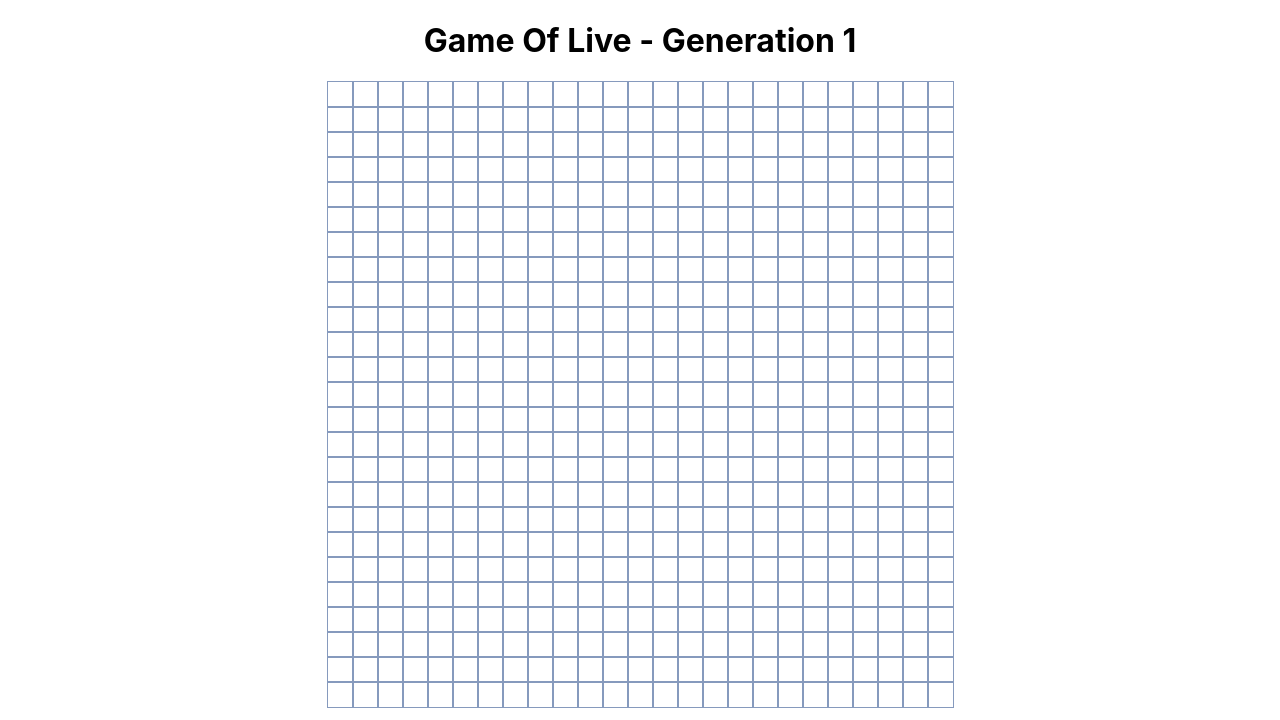
Repository: cfaguilera20/gol
Page: /
The author's editor kept a copy of each file at every save. The page is drawn from the files as they stood at one save, then again after a run of saves.
The browser window is 1280 px wide. The pictures show the whole page.
The project was rebuilt for these pictures with package versions that can differ from the ones it lists, and the page was loaded fresh each time.

Above is the page before, as saved 2021-07-25 11:48:22.

After the next 2 saves:
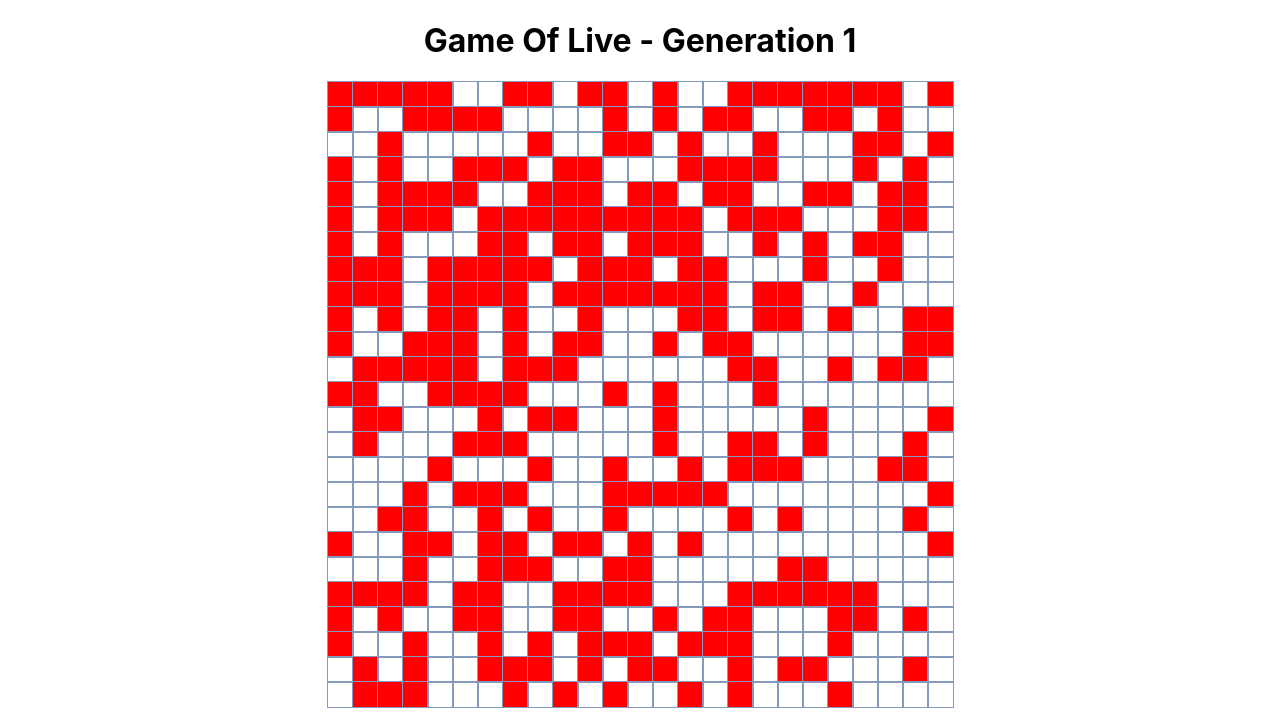
The 2 saves are shown as one change because they came seconds apart.
The last was saved 30 s later.
--- a/src/components/World.jsx
+++ b/src/components/World.jsx
@@ -14,7 +14,10 @@
                 {world.map((row, rowIdx) => (
                     <div key={rowIdx} className="row">
                         {row.map((cellValue, cellIdx) => {
-                            const className = getCellClassName(world);
+                            const className = getCellClassName(
+                                cellValue,
+                                world
+                            );
                             return (
                                 <div key={cellIdx} className={className}></div>
                             );

After the 3 saves that followed:
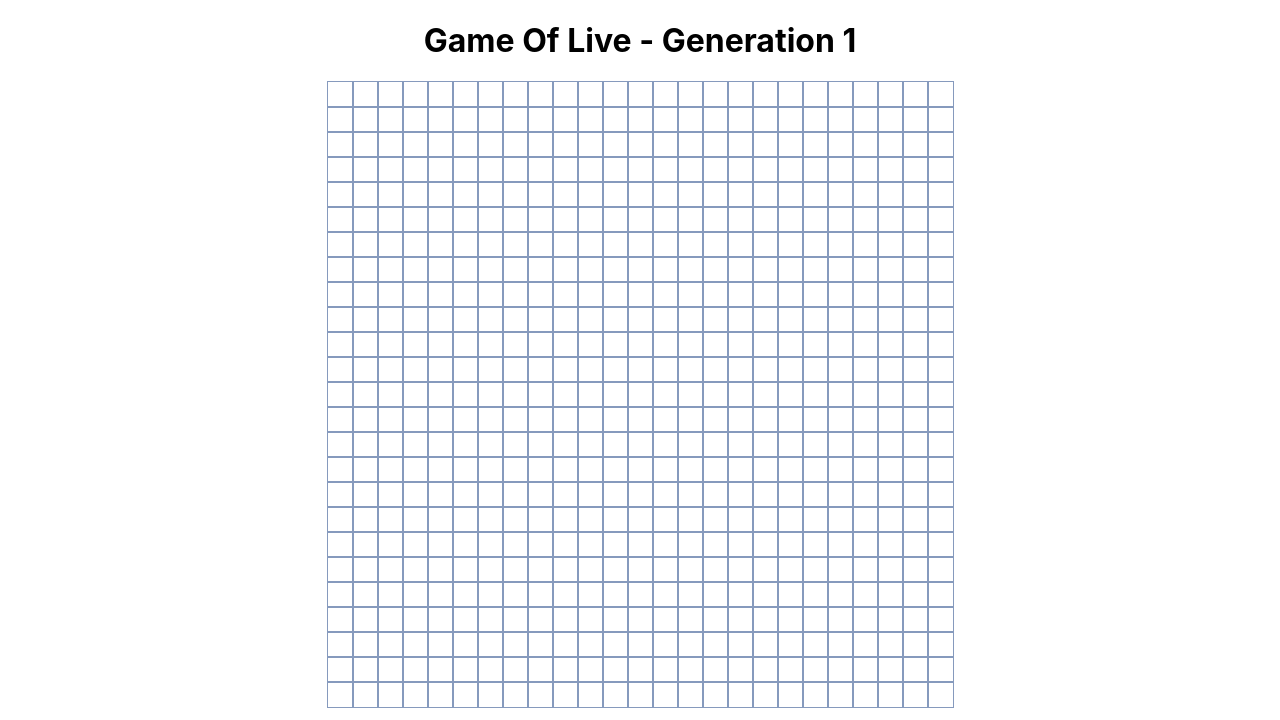
The 3 saves are shown as one change because 1 left the picture as it was and some came seconds apart.
The last was saved 2 min 29 s later.
--- a/src/components/World.jsx
+++ b/src/components/World.jsx
@@ -29,12 +29,23 @@
     );
 };
 
+class Cell {
+    constructor(x, y, value) {
+        this.x = x;
+        this.y = y;
+        this.value = value;
+    }
+}
+
 const createWorld = (WORLD_SIZE) => {
     const world = [];
     for (let row = 0; row < WORLD_SIZE; row++) {
         const currentRow = [];
         for (let col = 0; col < WORLD_SIZE; col++) {
-            currentRow.push(Math.round(Math.random()));
+            Math.round(Math.random());
+            const cell = new Cell(row, row, 0);
+
+            currentRow.push(cell);
         }
         world.push(currentRow);
     }
